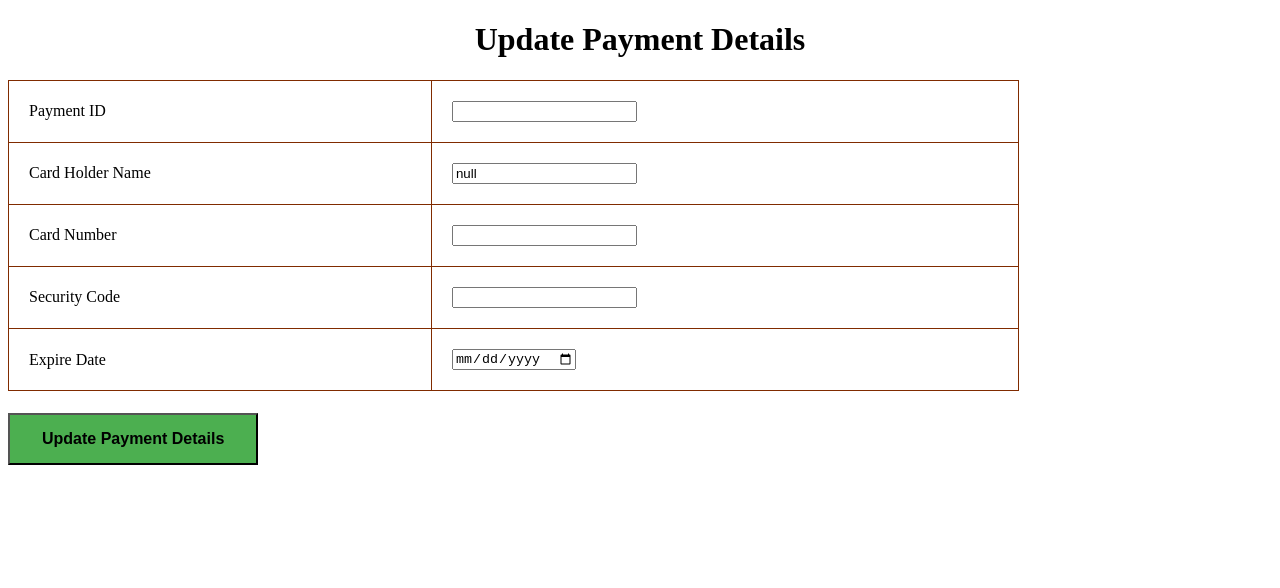
Repository: sandeepa9803/OOP---Online-Travel-web-application
Page: http://localhost/PaymentNew/updatepayment.jsp
An editor plug-in stored every save of this project. The page is shown before and after the next save, followed by the edit.
The browser window is 1280 px wide. The pictures show the whole page.
The page is served by Tomcat 9.

Above is the page before, as saved 2021-10-11 18:23:52.

After the next save:
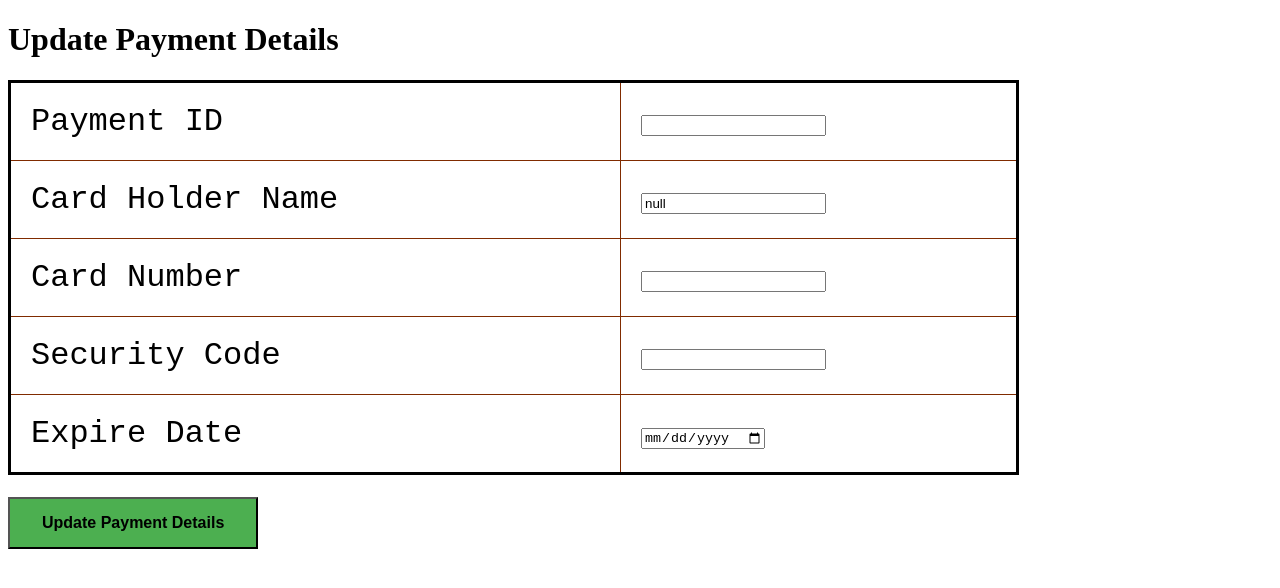
Saved 4 min 17 s later.
--- a/PaymentNew/WebContent/updatepayment.jsp
+++ b/PaymentNew/WebContent/updatepayment.jsp
@@ -39,8 +39,15 @@ th, td {
   text-align:center;
 }
 
+table{
+   border:solid black ;
+   font-family:"Courier New", Courier, monospace;
+    font-size:200%;
+
+}
+
 h1 {
-      text-align:center;}
+     }
 
 
 
